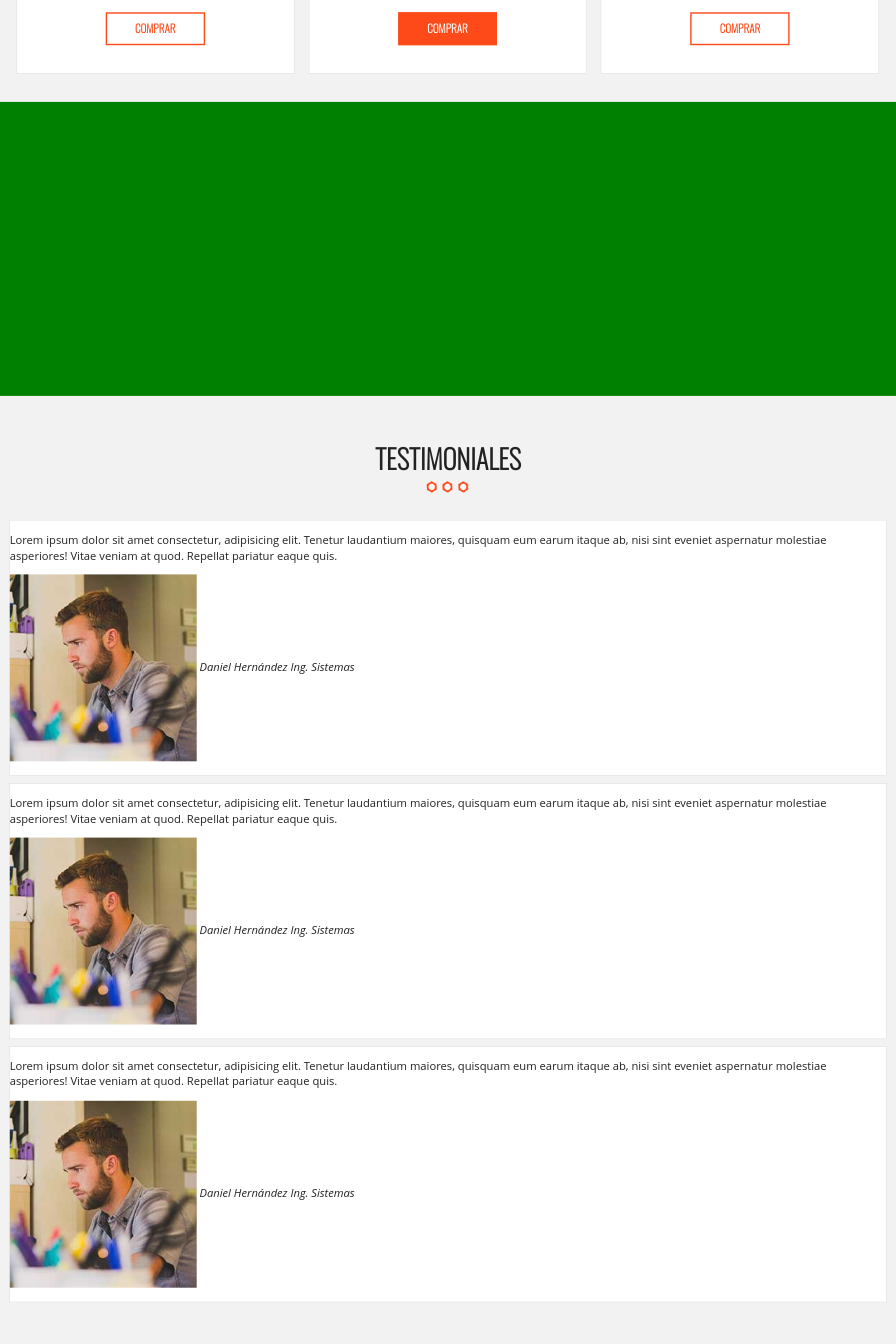
Repository: edgarhdzp/pagina-conferencias-reservaciones
Page: index.html
These files come from the project's save history. The page is drawn as it stood at one moment and after the next save; the edit follows.
The browser window is 1280 px wide. The pictures show the part of the page from y = 3892 to 5812 px (the page is 5812 px tall), at 70% of full size.

Above is the page before, as saved 2020-07-01 19:06:47.

After the next save:
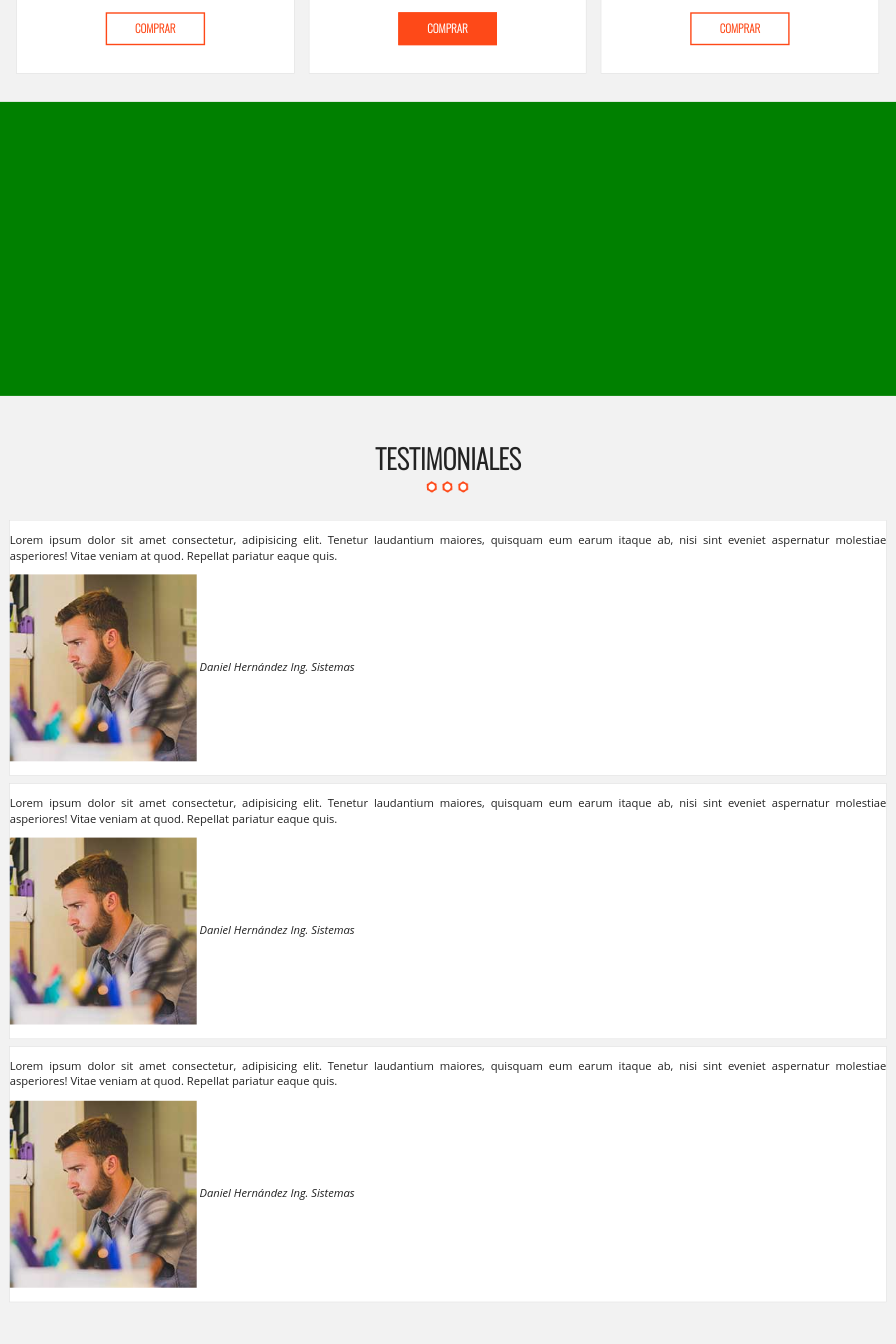
Saved 5 s later.
--- a/css/main.css
+++ b/css/main.css
@@ -666,7 +666,7 @@ blockquote {
 }
 
 blockquote p {
-    text-align: ;
+    text-align: justify;
 }
 
 
